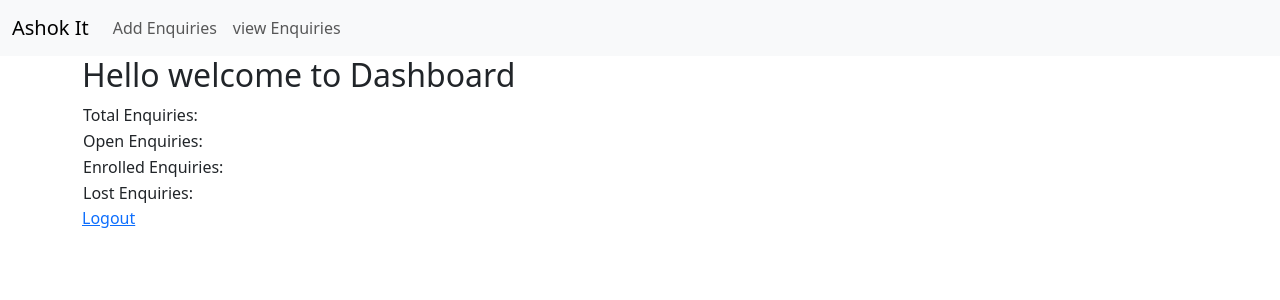
Repository: dibyajyotipanigrahi/Mini-Projects
Page: http://localhost/dashboard
These files come from the project's save history. The page is drawn as it stood at one moment and after the next save; the edit follows.
The browser window is 1280 px wide. The pictures show the whole page.
The page is this project's Thymeleaf template; nobody is signed in. The template is opened directly, without the code that normally fills it, so the values that code supplies are empty.

Above is the page before, as saved 2024-04-25 17:06:27.

### 01-Councellors-Application/src/main/resources/templates/dashboard.html
<!doctype html>
<html lang="en">

<head>
	<meta charset="utf-8">
	<meta name="viewport" content="width=device-width, initial-scale=1">
	<title>Login</title>
	<link href="https://cdn.jsdelivr.net/npm/bootstrap@5.3.3/dist/css/bootstrap.min.css" rel="stylesheet"
		integrity="sha384-QWTKZyjpPEjISv5WaRU9OFeRpok6YctnYmDr5pNlyT2bRjXh0JMhjY6hW+ALEwIH" crossorigin="anonymous">
</head>

<body>

	<nav class="navbar navbar-expand-lg bg-body-tertiary">
  <div class="container-fluid">
    <a class="navbar-brand" href="#">Ashok It</a>
    <button class="navbar-toggler" type="button" data-bs-toggle="collapse" data-bs-target="#navbarNav" aria-controls="navbarNav" aria-expanded="false" aria-label="Toggle navigation">
      <span class="navbar-toggler-icon"></span>
    </button>
    <div class="collapse navbar-collapse" id="navbarNav">
      <ul class="navbar-nav">

        <li class="nav-item">
          <a class="nav-link" href="#">Add Enquiries</a>
        </li>
        <li class="nav-item">
          <a class="nav-link" href="#">view Enquiries</a>
        </li>

      </ul>
    </div>
  </div>
</nav>



	<div class="container">
		<h2>Hello welcome to Dashboard</h2>
		<table>

			<tr>
				<td>Total Enquiries:</td>
				<td th:text="${dashboard.totalEnqs}"></td>
			</tr>
			<tr>
				<td>Open Enquiries:</td>
				<td th:text="${dashboard.openEnqs}"></td>
			</tr>

			<tr>
				<td>Enrolled Enquiries:</td>
				<td th:text="${dashboard.enrolledEnqs}"></td>
			</tr>
			<tr>
				<td>Lost Enquiries:</td>
				<td th:text="${dashboard.lostEnqs}"></td>
			</tr>

		</table>

<a href="logout">Logout</a>


		</form>



	</div>




	<script src="https://cdn.jsdelivr.net/npm/bootstrap@5.3.3/dist/js/bootstrap.bundle.min.js"
		integrity="sha384-YvpcrYf0tY3lHB60NNkmXc5s9fDVZLESaAA55NDzOxhy9GkcIdslK1eN7N6jIeHz"
		crossorigin="anonymous"></script>
</body>

</html>

After the next save:
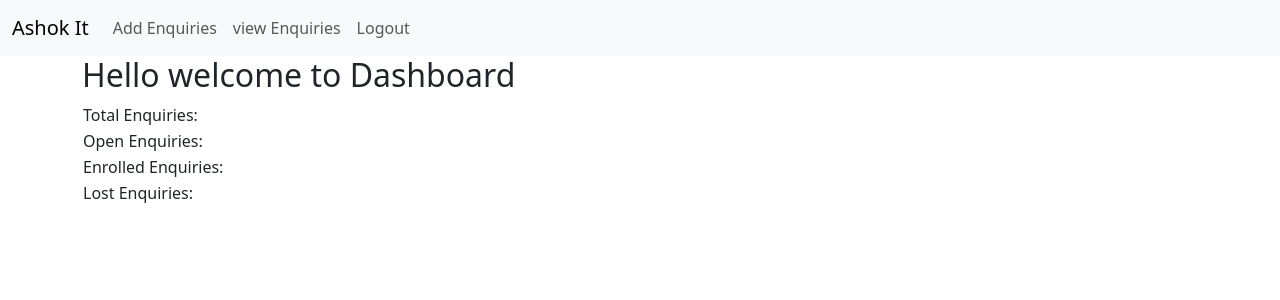
Saved 4 min 3 s later.
--- a/01-Councellors-Application/src/main/resources/templates/dashboard.html
+++ b/01-Councellors-Application/src/main/resources/templates/dashboard.html
@@ -25,6 +25,9 @@
         </li>
         <li class="nav-item">
           <a class="nav-link" href="#">view Enquiries</a>
+        </li>
+         <li class="nav-item">
+          <a class="nav-link" href="logout">Logout</a>
         </li>
 
       </ul>
@@ -58,7 +61,7 @@
 
 		</table>
 
-<a href="logout">Logout</a>
+
 
 
 		</form>
